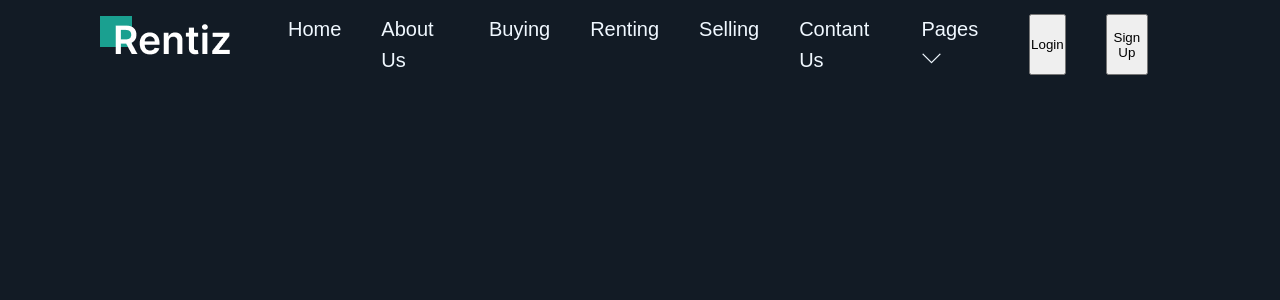
Repository: tung1233hhhhhhhhhhhhh/WebClone-Home
Page: index.html
An editor plug-in stored every save of this project. The page is shown before and after the next save, followed by the edit.
The browser window is 1280 px wide. The pictures show the whole page.

Above is the page before, as saved 2023-05-23 14:32:17.

### index.html
<!DOCTYPE html>
<html lang="en">

<head>
    <meta charset="UTF-8">
    <meta http-equiv="X-UA-Compatible" content="IE=edge">
    <meta name="viewport" content="width=device-width, initial-scale=1.0">
    <title>Document</title>
    <link rel="stylesheet" href="./assets/css/main.css">
    <link rel="stylesheet" href="./assets/css/root.css">
    <link rel="stylesheet" href="./assets/fonts/themify-icons/themify-icons.css">
</head>

<body>
    <div id="hearder">
        <div class="nav">
            <div class="nav-brand">
                <img src="./assets/img/logo.png" alt="">
            </div>
            <ul class="nav-list">
                <li><a href="">Home</a></li>
                <li><a href="">About Us</a></li>
                <li><a href="">Buying</a></li>
                <li><a href="">Renting</a> </li>
                <li><a href="">Selling</a> </li>
                <li><a href="">Contant Us</a> </li>
                <li><a href="">Pages
                        <i class="ti-angle-down"></i>
                    </a> </li>
                <li><button class="nav-btn-login">Login</button></li>
                <li><button class="nav-btn-signup">Sign Up</button></li>
            </ul>
        </div>
    </div>
</body>

</html>

### assets/css/main.css
* {
    margin: 0;
    padding: 0;
    box-sizing: border-box;
}

body {
    font-family: 'Work Sans', sans-serif;
    font-weight: 400;
    font-size: 19px;
    line-height: 1.6em;
    color: var(--body-text-color);
    background-color: var(--dark-color);
}


#hearder {
    width: 100%;
    height: 73px;
    padding: 8px 0;
}

#hearder .nav {
    max-width: 1536px;
    height: 73px;
    margin: 0 100px;
    display: flex;
    justify-content: space-between;
    align-items: center;
    z-index: 10;
}

#hearder .nav-brand {
    display: inline;
}

#hearder .nav-list {
    display: flex;
    flex-direction: row;
    width: 900px;
    justify-content: space-between;
}

#hearder .nav-list li {
    display: flex;
    flex-direction: row;
    list-style: none;
    /* width: 45px; */
    /* height: 30px; */
    padding: 8px;
    margin-right: 24px;
}

#hearder li a {
    text-decoration: none;
    font-size: 20px;
    color: aliceblue;
}

### assets/css/root.css
:root {
    --accent-color: #1AA090;
    --dark-color: #121B25;
    --grey-color: #83898F;
    --body-text-color: #FFFFFF;
    --light-text-color: #D6D6D6;
    --link-color: #092035;
}

Loaded but not shown: assets/fonts/themify-icons/themify-icons.css (common file)

After the next save:
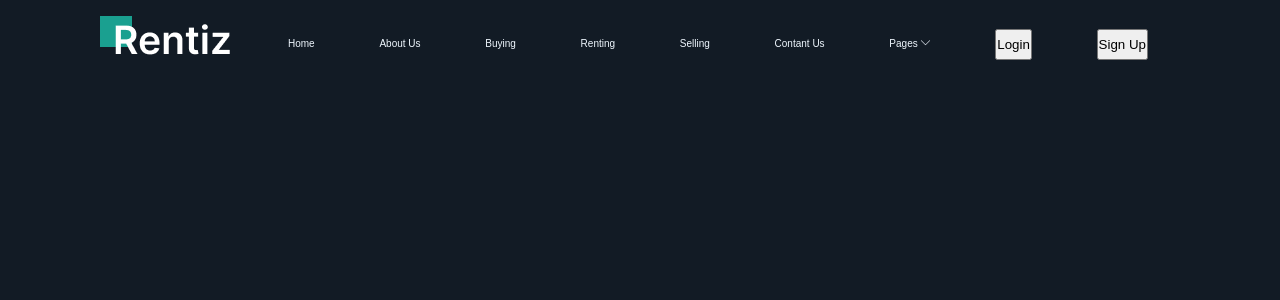
Saved 85 s later.
--- a/assets/css/main.css
+++ b/assets/css/main.css
@@ -53,6 +53,6 @@ body {
 
 #hearder li a {
     text-decoration: none;
-    font-size: 20px;
+    font-size: 10px;
     color: aliceblue;
 }
